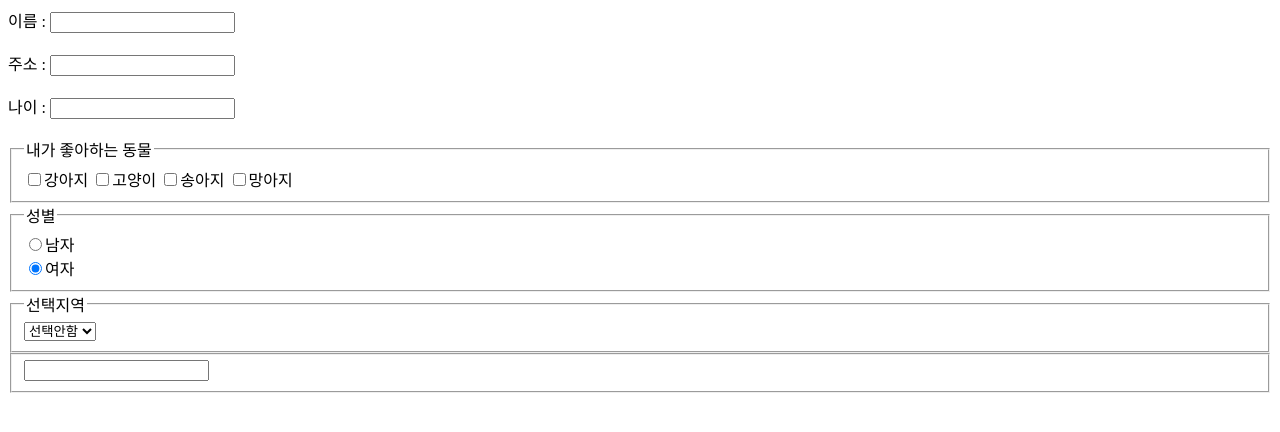
Repository: Show-And-Prove/jsp
Page: practice01/WebContent/input.html
An editor plug-in stored every save of this project. The page is shown before and after the next save, followed by the edit.
The browser window is 1280 px wide. The pictures show the whole page.

Above is the page before, as saved 2022-10-17 07:24:45.

### practice01/WebContent/input.html
<!DOCTYPE html>
<html>
<head>
<meta charset="UTF-8">
<title>입력 데이터 처리와 주고 받기</title>
</head>
<body>
<form action="indata" action="test04.jsp" method="post">
	이름 : <input type="text" name="name"><br><br>
	주소 : <input type="text" name="addr"><br><br>
	나이 : <input type="number" name="age"><br><br>
	<fieldset>
		<legend>내가 좋아하는 동물</legend>
		<input type="checkbox" name="pet" value="dog" />강아지
		<input type="checkbox" name="pet" value="cat" />고양이
		<input type="checkbox" name="pet" value="cow" />송아지
		<input type="checkbox" name="pet" value="horse" />망아지
	</fieldset>
	<fieldset>
		<legend>성별</legend>
		<input type="radio" name="male" value="m" checked>남자<br>
		<input type="radio" name="male" value="f" checked>여자<br>
	</fieldset>
	<fieldset>
		<legend>선택지역</legend>
		<select name="area">
		<option selected>선택안함</option>
		<option value="01">서울</option>
		<option value="02">경기</option>
		<option value="03">대전</option>
		<option value="04">전라</option>
		</select>
	</fieldset>
	<fieldset>
		<input>

	</fieldset>


</form>

</body>
</html>

After the next save:
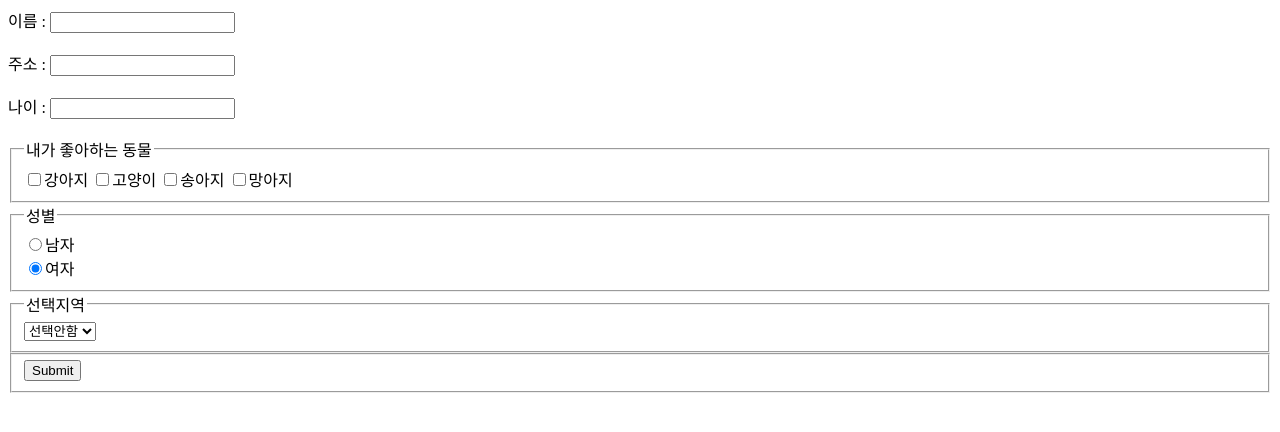
Saved 15 s later.
--- a/practice01/WebContent/input.html
+++ b/practice01/WebContent/input.html
@@ -32,7 +32,7 @@
 		</select>
 	</fieldset>
 	<fieldset>
-		<input>
+		<input type="submit">
 
 	</fieldset>
 
